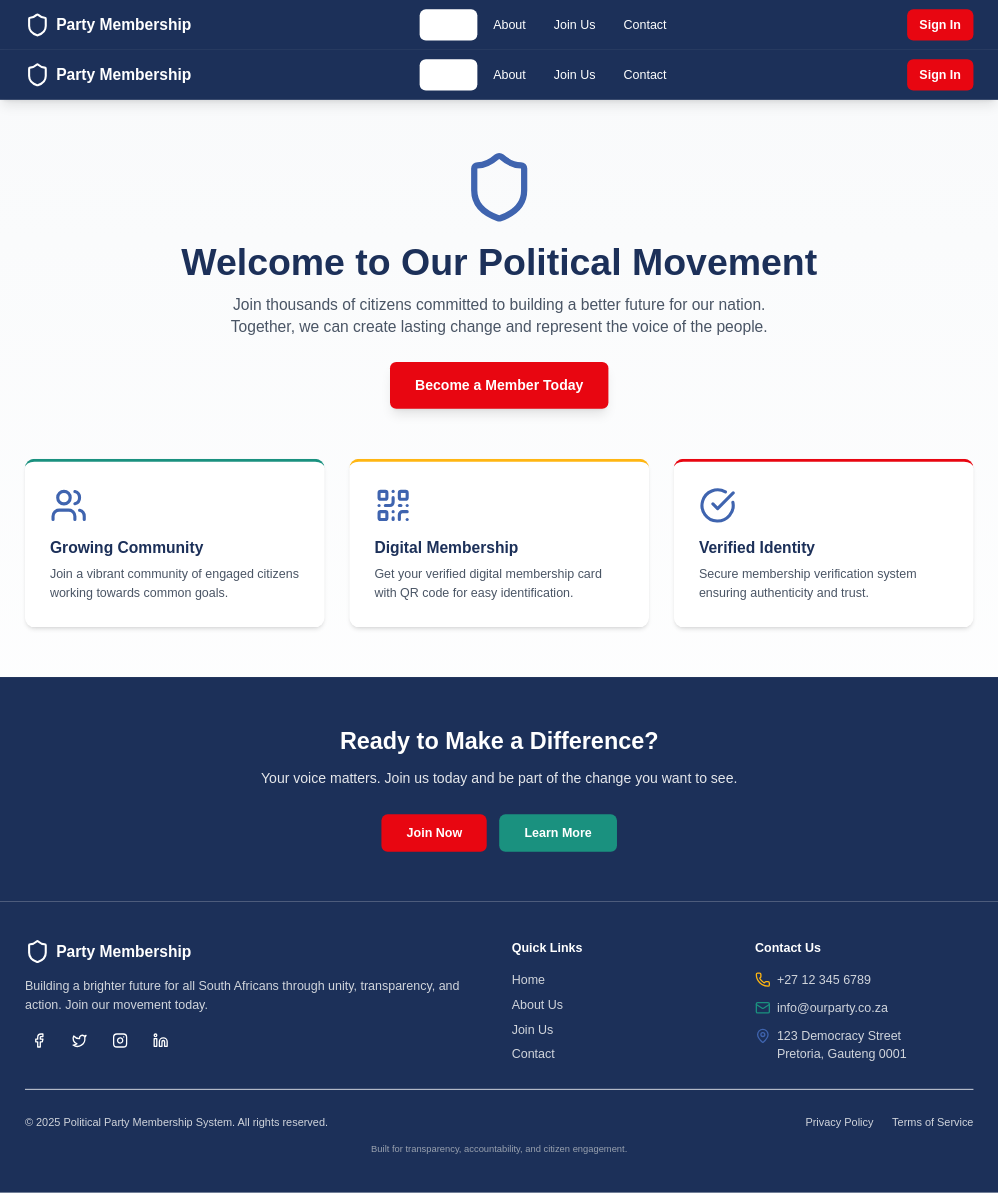
Repository: lettimaks-cyber/members
Page: /
An editor plug-in stored every save of this project. The page is shown before and after a run of saves, followed by the edit.
The browser window is 1280 px wide. The pictures show the whole page, at 78% of full size.
The page's requests for data from a server got no answer. The project was rebuilt for these pictures with package versions that can differ from the ones it lists, and the page was loaded fresh each time. Some packages were replaced by stand-ins written for this rebuild. The framework's server and built-in components were replaced by stand-ins that run in the browser. No one was signed in, and anything a server would have sent is missing. Also part of the build but not shown: next.config.ts.

Above is the page before, as saved 2025-11-15 22:29:33.

After the next 3 saves:
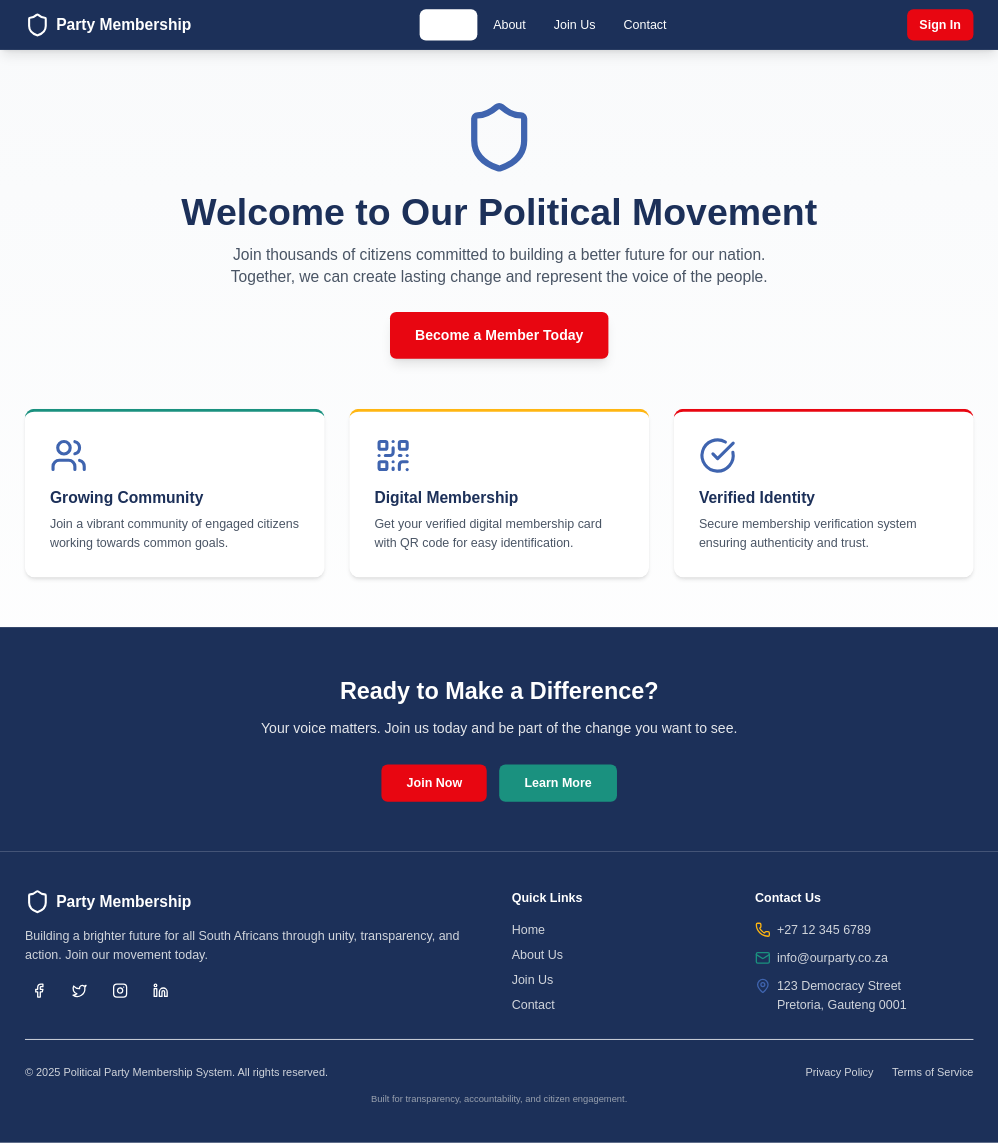
The 3 saves are shown as one change because 1 did not build or start and some came seconds apart.
The last was saved 16 s later.
--- a/src/app/page.tsx
+++ b/src/app/page.tsx
@@ -1,12 +1,10 @@
 import React from 'react';
 import Link from 'next/link';
 import { Users, Shield, CheckCircle, QrCode } from 'lucide-react';
-import Navbar from '@/components/Navbar';
 
 export default function HomePage() {
   return (
-    <><Navbar /><div className="min-h-screen bg-linear-to-b from-gray-50 to-white">
-
+    <div className="min-h-screen bg-linear-to-b from-gray-50 to-white">
       {/* Hero Section */}
       <div className="max-w-7xl mx-auto px-4 sm:px-6 lg:px-8 py-16">
         <div className="text-center mb-16">
@@ -88,6 +86,6 @@ export default function HomePage() {
           </div>
         </div>
       </div>
-    </div></>
+    </div>
   );
 }
